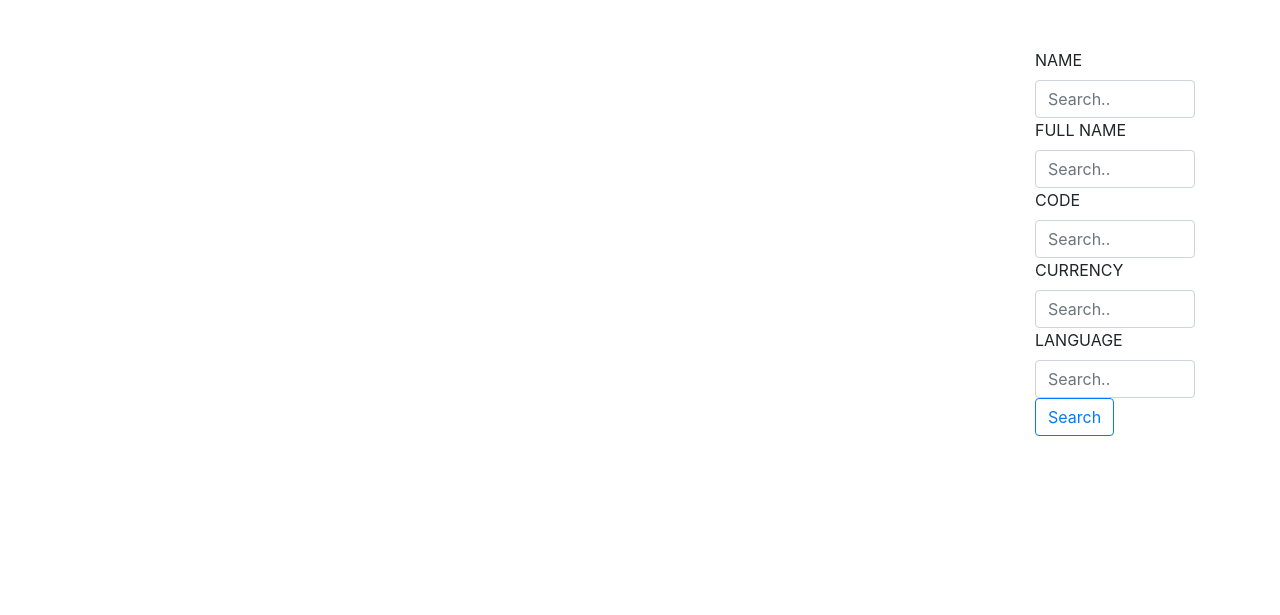
Repository: mdtahsinamin/react-intensip-task
Page: /home
An editor plug-in stored every save of this project. The page is shown before and after the next save, followed by the edit.
The browser window is 1280 px wide. The pictures show the whole page.
The page's requests for data from a server got no answer. The project was rebuilt for these pictures with package versions that can differ from the ones it lists, and the page was loaded fresh each time. No one was signed in, and anything a server would have sent is missing. Also part of the build but not shown: src/components/Home/Countries.js.

Above is the page before, as saved 2021-01-22 21:06:38.

After the next save:
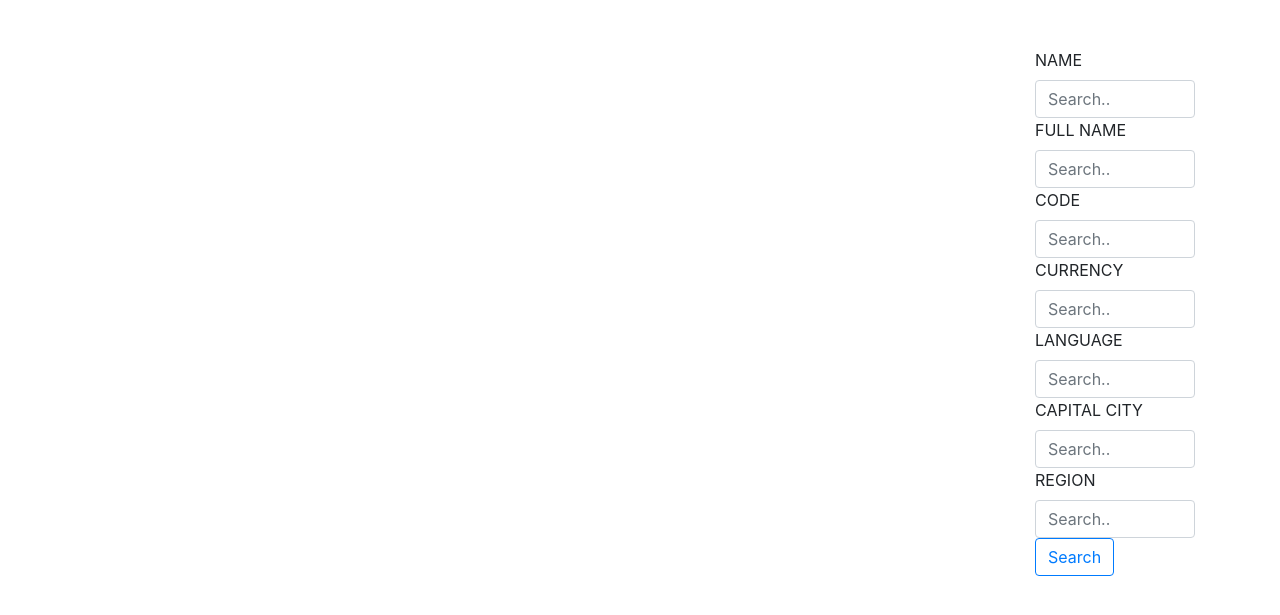
Saved 49 s later.
--- a/src/components/Home/Home.js
+++ b/src/components/Home/Home.js
@@ -76,6 +76,22 @@ const Home = () => {
                     placeholder="Search.."
                     onChange={(e)=>setName(e.target.value)}
                 />
+                <label>CAPITAL CITY</label>
+                <input
+                    type="text"
+                    className="form-control "
+                    name="capital"
+                    placeholder="Search.."
+                    onChange={(e)=>setName(e.target.value)}
+                />
+                <label>REGION</label>
+                <input
+                    type="text"
+                    className="form-control "
+                    name="region"
+                    placeholder="Search.."
+                    onChange={(e)=>setName(e.target.value)}
+                />
 
                 <Button variant="outline-primary">Search</Button>
                </div>
